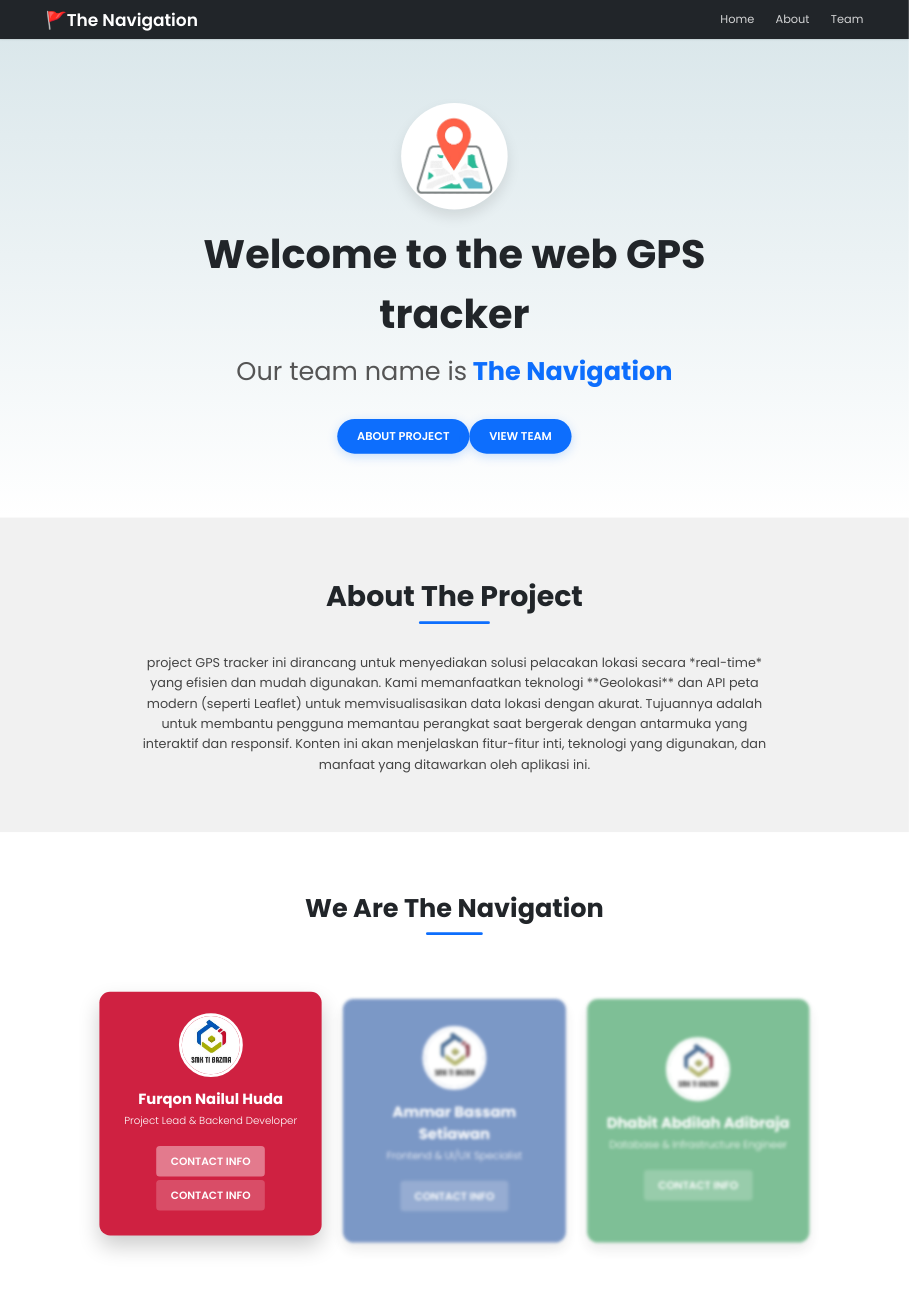
Repository: ammarsetiawan/gps-traker
Page: about.html
An editor plug-in stored every save of this project. The page is shown before and after the next save, followed by the edit.
The browser window is 1280 px wide. The pictures show the whole page, at 71% of full size.
The pointer rests on the first visible `.cards .card .btn-custom`.

Above is the page before, as saved 2025-11-27 16:50:35.

### about.html
<!DOCTYPE html>
<html lang="en">

<head>
    <meta charset="UTF-8">
    <meta name="viewport" content="width=device-width, initial-scale=1.0">
    <title>GPS Tracking - The Navigation</title>
    <link rel="stylesheet" href="https://unpkg.com/leaflet/dist/leaflet.css" />
    <link href="https://fonts.googleapis.com/css2?family=Poppins:wght@300;400;600;700&display=swap" rel="stylesheet">

    <style>
        :root {
            --primary-color: #0d6efd;
            --secondary-color: #0b5ed7;
            --dark-color: #212529;
            --light-color: #ffffff;
            --background-light: #f1f1f1;
            --red-card: #cf2141;
            --blue-card: #3b82f6;
            --green-card: #22c55e;
            --font-family: 'Poppins', sans-serif;
        }

        /* 🔄 Global Reset & Body */
        * {
            margin: 0;
            padding: 0;
            box-sizing: border-box;
            scroll-behavior: smooth;
        }

        body {
            font-family: var(--font-family);
            background: var(--light-color);
            padding-top: 55px;
            scroll-padding-top: 55px;
            transition: all 0.3s ease;
        }

        /* 🚀 NAVBAR */
        nav {
            background-color: var(--dark-color);
            height: 55px;
            display: flex;
            align-items: center;
            padding: 0 5%;
            position: fixed;
            width: 100%;
            top: 0;
            box-shadow: 0 2px 4px rgba(0, 0, 0, 0.1);
            z-index: 1000;
        }

        nav .brand {
            font-size: 24px;
            font-weight: 600;
            color: var(--light-color);
        }

        nav ul {
            list-style: none;
            display: flex;
            gap: 30px;
            margin-left: auto;
        }

        nav ul li a {
            text-decoration: none;
            color: rgba(255, 255, 255, 0.8);
            font-size: 16px;
            font-weight: 400;
            transition: 0.3s ease;
            position: relative;
            padding-bottom: 5px;
        }

        nav ul li a:hover {
            color: var(--light-color);
        }

        nav ul li a::after {
            content: '';
            position: absolute;
            width: 0;
            height: 2px;
            display: block;
            margin-top: 5px;
            right: 0;
            background: var(--primary-color);
            transition: width 0.3s ease;
        }

        nav ul li a:hover::after {
            width: 100%;
            left: 0;
            right: auto;
        }

        /* 🏠 Hero Section */
        .background {
            background: linear-gradient(to bottom, rgba(73, 136, 155, 0.2), rgba(92, 92, 88, 0));
            min-height: calc(100vh - 55px);
            padding: 50px 0;
            position: relative;
        }

        .container {
            height: 100%;
            display: flex;
            justify-content: center;
            align-items: center;
            padding: 0 5%;
        }

        .sub-container {
            padding: 40px 20px;
            text-align: center;
            max-width: 800px;
            margin: 0 auto;
        }

        .card-icons {
            width: 150px;
            height: 150px;
            display: flex;
            justify-content: center;
            align-items: center;
            margin: 0 auto 20px auto;
            border-radius: 50%;
            background: var(--light-color);
            box-shadow: 0 10px 20px rgba(0, 0, 0, 0.1);
            overflow: hidden;
        }

        .card-icons img {
            max-width: 80%;
            max-height: 80%;
            object-fit: contain;
        }

        .font-home {
            font-size: clamp(30px, 5vw, 56px);
            font-weight: 700;
            display: block;
            margin-bottom: 10px;
            color: var(--dark-color);
        }

        .font {
            display: flex;
            justify-content: center;
            align-items: center;
            font-size: clamp(20px, 3vw, 36px);
            font-weight: 400;
            color: #555;
            margin-bottom: 40px;
        }

        .font span {
            color: var(--primary-color);
            font-weight: 700;
            margin-left: 8px;
        }

        .button-group {
            display: flex;
            justify-content: center;

        }

        /* Tombol Utama */
        .btn-custom {
            gap: 20px;
            display: inline-block;
            background-color: var(--primary-color);
            color: var(--light-color);
            padding: 12px 28px;
            border: none;
            border-radius: 50px;
            font-size: 16px;
            cursor: pointer;
            font-weight: 600;
            box-shadow: 0 4px 15px rgba(0, 110, 255, 0.2);
            transition: all 0.3s ease;
            text-decoration: none;
            text-transform: uppercase;
        }

        .btn-custom:hover {
            background-color: var(--secondary-color);
            transform: translateY(-3px);
            box-shadow: 0 8px 20px rgba(0, 110, 255, 0.3)
        }

        .btn-custom:active {
            background-color: #0a58ca;
            transform: translateY(0);
        }

        /* 📖 About Section */
        .background-page2 {
            background-color: var(--background-light);
            padding: 80px 5%;
            min-height: 400px;
        }

        .about-content {
            text-align: center;
            max-width: 900px;
            margin: 0 auto;
        }

        .about-project {
            font-size: clamp(30px, 4vw, 40px);
            font-weight: 700;
            color: var(--dark-color);
            position: relative;
            display: inline-block;
            margin-bottom: 20px;
        }

        .about-project::after {
            content: '';
            position: absolute;
            bottom: -10px;
            left: 50%;
            transform: translateX(-50%);
            width: 100px;
            height: 4px;
            background-color: var(--primary-color);
            border-radius: 2px;
        }

        .text-about {
            margin-top: 30px;
            font-size: 18px;
            line-height: 1.6;
            color: #444;
            min-height: 100px;
        }


        .background-page3 {
            padding: 80px 5%;

            min-height: 500px;
            text-align: center;
        }

        .team {
            font-size: clamp(28px, 3.5vw, 36px);
            font-weight: 700;
            position: relative;
            display: inline-block;
            margin-bottom: 20px;
            color: var(--dark-color);
        }

        .team::after {
            content: '';
            position: absolute;
            bottom: -10px;
            left: 50%;
            transform: translateX(-50%);
            width: 80px;
            height: 4px;
            background-color: var(--primary-color);
            border-radius: 2px;
        }



        .cards {
            position: relative;
            top: 50px;
            display: grid;
            grid-template-columns: repeat(auto-fit, minmax(280px, 1fr));
            gap: 30px;
            max-width: 1000px;
            margin: 0 auto;
            padding-bottom: 50px;

        }

        .cards .card {

            display: flex;
            align-items: center;
            justify-content: center;
            flex-direction: column;
            text-align: center;
            padding: 30px 20px;
            min-height: 280px;
            border-radius: 15px;
            color: var(--light-color);
            cursor: pointer;
            transition: all 0.4s ease;
            box-shadow: 0 10px 20px rgba(0, 0, 0, 0.1);
            position: relative;
        }

        /* Definisi Warna Kartu */
        .cards .red {
            background-color: var(--red-card);
        }

        .cards .blue {
            background-color: var(--blue-card);
        }

        .cards .green {
            background-color: var(--green-card);
        }


        .cards .card img {
            width: 90px;
            height: 90px;
            border-radius: 50%;
            margin-bottom: 15px;
            object-fit: cover;
            border: 4px solid var(--light-color);
        }

        .cards .card .tip {
            font-size: 1.3em;
            font-weight: 700;
            margin-bottom: 5px;
        }

        .cards .card .second-text {
            font-size: .9em;
            font-weight: 300;
            margin-bottom: 25px;

        }

        .cards .card .btn-custom {
            padding: 10px 20px;
            font-size: 15px;
            background-color: rgba(255, 255, 255, 0.2);
            box-shadow: none;
            border-radius: 5px;
            margin-bottom: 5px;
        }

        .cards .card .btn-custom:hover {
            background-color: rgba(255, 255, 255, 0.4);
            transform: none;
            /* Nonaktifkan efek lift untuk tombol di dalam card */
        }

        /* Efek Hover untuk Kartu */
        .cards .card:hover {
            transform: translateY(-10px);
            /* Efek lift-up */
            box-shadow: 0 15px 30px rgba(0, 0, 0, 0.2);
        }

        /* Efek blur pada kartu lain saat hover */
        .cards:hover>.card:not(:hover) {
            filter: blur(2px) grayscale(50%);
            opacity: 0.8;
            transform: none;
        }

        /* Navbar Menu Button (Hanya terlihat di mobile) */
        #menuBtn {
            margin-left: auto;
            background: transparent;
            border: none;
            padding: 5px;
            cursor: pointer;
            display: none;

        }

        #menuBtn div {
            width: 25px;
            height: 3px;
            background-color: var(--light-color);
            margin: 4px 0;
            transition: 0.3s;
            border-radius: 2px;
        }

        /* 📱 MEDIA QUERY: Mobile/Tablet */
        @media (max-width: 768px) {
            .btn-custom {
                margin-bottom: 20px;
            }

            nav {
                padding: 0 3%;
            }

            nav ul {
                position: fixed;
                top: 55px;
                right: 0;
                background: var(--dark-color);
                width: 200px;
                flex-direction: column;
                padding: 15px;
                display: none;
                border-bottom-left-radius: 10px;
                z-index: 999;
                box-shadow: -2px 2px 5px rgba(0, 0, 0, 0.2);
                transform: translateX(100%);
                transition: transform 0.3s ease-out;
            }

            nav ul.show {
                display: flex;
                transform: translateX(0);
            }

            nav ul li a {
                padding: 10px 0;
                display: block;
                border-bottom: 1px solid rgba(255, 255, 255, 0.1);
            }

            #menuBtn {
                display: block;
            }

            .button-group {
                flex-direction: column;
                gap: 15px;
            }

            .btn-custom {
                width: 80%;
                margin: 0 auto;
            }

            /* Perbaikan fokus di mobile */
            .background-page3 {
                padding: 60px 3%;

            }

            .cards {
                grid-template-columns: 1fr;

                top: 30px;
            }
        }
    </style>
</head>

<body>

    <nav>
        <h2 class="brand">🚩The Navigation</h2>

        <button id="menuBtn">
            <div></div>
            <div></div>
            <div></div>
        </button>

        <ul id="menu">
            <li><a href="./index.html">Home</a></li>
            <li><a href="#about-section">About</a></li>
            <li><a href="#view-team">Team</a></li>
        </ul>
    </nav>

    <section class="background">
        <div class="container">
            <div class="sub-container">
                <div class="card-icons">


                    <img src="./png-clipart-gps-navigation-device-gps-tracking-unit-vehicle-tracking-system-icon-green-map-red-location-mark-map-logo-electronics-text-thumbnail-removebg-preview.png"
                        alt="">

                </div>

                <h2 class="font-home">Welcome to the web GPS tracker</h2>
                <div class="font">
                    Our team name is
                    <span class="font-arch">The Navigation</span>
                </div>

                <div class="button-group">
                    <a href="#about-section" class="btn-custom">
                        About Project
                    </a>
                    <a href="#view-team" class="btn-custom">
                        View Team
                    </a>
                </div>
            </div>
        </div>
        <footer>
        </footer>
    </section>

    <section class="background-page2" id="about-section">
        <div class="about-content">
            <h2 class="about-project">About The Project</h2>
            <p class="text-about">
                project GPS tracker ini dirancang untuk menyediakan solusi pelacakan lokasi secara *real-time* yang
                efisien dan mudah digunakan. Kami memanfaatkan teknologi **Geolokasi** dan API peta modern (seperti
                Leaflet) untuk memvisualisasikan data lokasi dengan akurat. Tujuannya adalah untuk membantu pengguna
                memantau perangkat saat bergerak dengan antarmuka yang interaktif dan responsif. Konten ini akan
                menjelaskan fitur-fitur inti, teknologi yang digunakan, dan manfaat yang ditawarkan oleh aplikasi ini.
            </p>
        </div>
    </section>

    <section class="background-page3" id="view-team">
        <div style="text-align: center; padding-bottom: 30px;">
            <h2 class="team">We Are The Navigation</h2>
        </div>

        <div class="cards">
            <div class="card red">
                <img src="data:[embedded picture, 6755 characters]"
                    alt="Furqon Nailul Huda Avatar">
                <p class="tip">Furqon Nailul Huda</p>
                <p class="second-text">Project Lead & Backend Developer</p>

                <a href="#" class="btn-custom">Contact Info</a>
                <a href="#" class="btn-custom">Contact Info</a>
            </div>
            <div class="card blue">
                <img src="data:[embedded picture, 6755 characters]"
                    alt="Ammar Bassam Setiawan Avatar">
                <p class="tip">Ammar Bassam Setiawan</p>
                <p class="second-text">Frontend & UI/UX Specialist</p>
                <a href="#" class="btn-custom">Contact Info</a>
            </div>
            <div class="card green">
                <img src="data:[embedded picture, 6755 characters]"
                    alt="Dhabit Abdilah Adibraja Avatar">
                <p class="tip">Dhabit Abdilah Adibraja</p>
                <p class="second-text">Database & Infrastructure Engineer</p>
                <a href="#" class="btn-custom">Contact Info</a>
            </div>
        </div>
    </section>


    <div id="content"></div>
    <script>
        const btn = document.getElementById("menuBtn");
        const menu = document.getElementById("menu");

        btn.addEventListener("click", () => {
            // Menggunakan class 'show' untuk menampilkan/menyembunyikan menu
            menu.classList.toggle('show');
        });

        // Menutup menu saat link di klik (khusus mobile)
        document.querySelectorAll('#menu a').forEach(link => {
            link.addEventListener('click', () => {
                // Hanya tutup jika tampilan adalah mobile (misalnya, jika menu ditampilkan sebagai dropdown)
                if (window.innerWidth <= 768) {
                    menu.classList.remove('show');
                }
            });
        });
    </script>

</body>

</html>

After the next save:
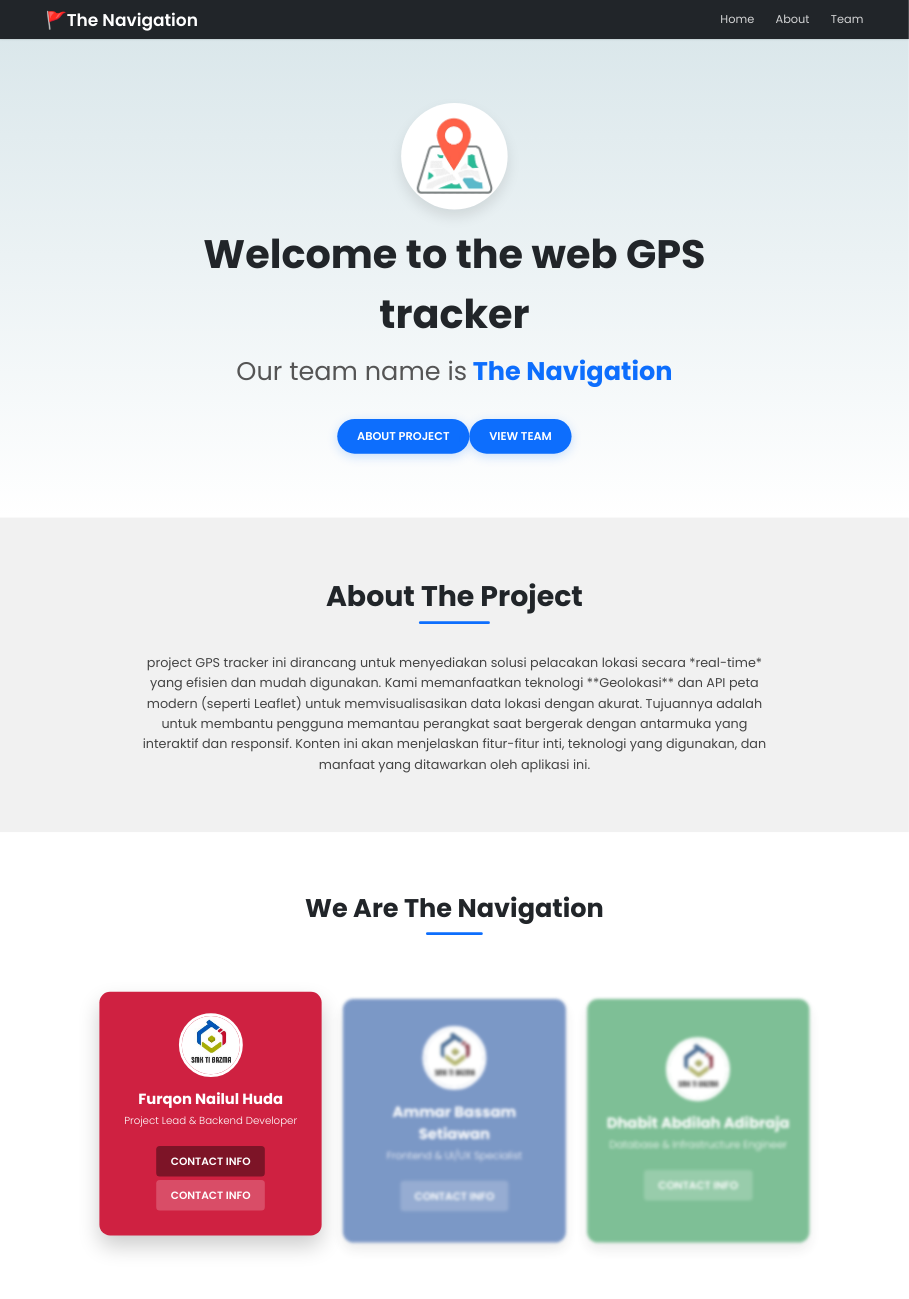
Saved 20 s later.
--- a/about.html
+++ b/about.html
@@ -345,7 +345,7 @@
         }
 
         .cards .card .btn-custom:hover {
-            background-color: rgba(255, 255, 255, 0.4);
+            background-color: rgba(0, 0, 0, 0.4);
             transform: none;
             /* Nonaktifkan efek lift untuk tombol di dalam card */
         }
